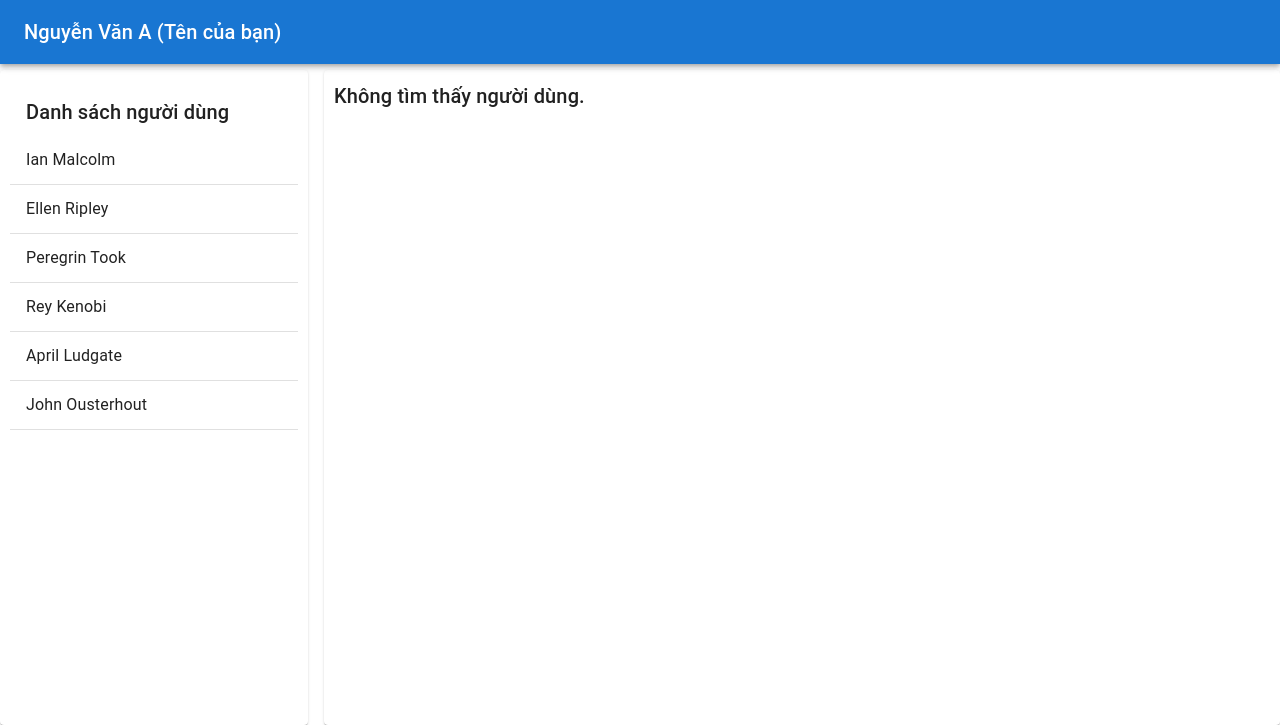
Repository: RubyScarIet/TruocKetThucLab2
Page: /users/57231f1a30e4351f4e9f4bd7
The author's editor kept a copy of each file at every save. The page is drawn from the files as they stood at one save, then again after the next save.
The browser window is 1280 px wide. The pictures show the whole page.
The page's requests for data from a server got no answer. The project was rebuilt for these pictures with package versions that can differ from the ones it lists, and the page was loaded fresh each time. No one was signed in, and anything a server would have sent is missing. Also part of the build but not shown: src/modelData/models.js, src/components/UserPhotos/index.jsx.

Above is the page before, as saved 2026-04-05 09:18:24.

After the next save:
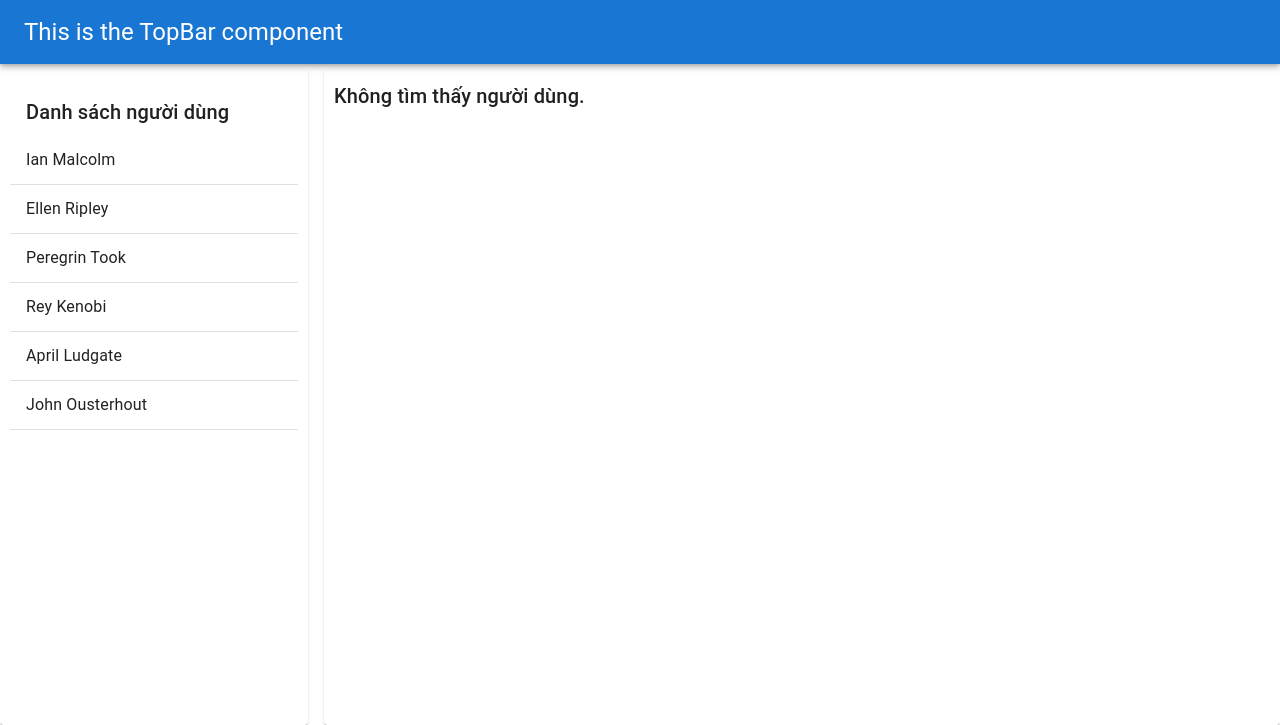
Saved 52 s later.
--- a/src/components/TopBar/index.jsx
+++ b/src/components/TopBar/index.jsx
@@ -1,45 +1,21 @@
-import React, { useState, useEffect } from "react";
+import React from "react";
 import { AppBar, Toolbar, Typography } from "@mui/material";
-import { useLocation } from "react-router-dom";
-import fetchModel from "../../lib/fetchModelData";
 
-function TopBar() {
-  const location = useLocation();
-  const [context, setContext] = useState("");
+import "./styles.css";
 
-  // Trích xuất userId từ URL (ví dụ: /users/123 -> 123)
-  const pathParts = location.pathname.split("/");
-  const userId = pathParts[2];
-  const isPhotos = pathParts[1] === "photos";
-
-  useEffect(() => {
-    if (userId) {
-      fetchModel(`/user/${userId}`)
-        .then((response) => {
-          const name = `${response.data.first_name} ${response.data.last_name}`;
-          setContext(isPhotos ? `Photos of ${name}` : name);
-        })
-        .catch(() => setContext(""));
-    } else {
-      setContext("");
-    }
-  }, [userId, isPhotos]);
-
-  return (
-    <AppBar position="absolute">
-      <Toolbar sx={{ display: 'flex', justifyContent: 'space-between' }}>
-        {/* Bên trái: Tên của bạn */}
-        <Typography variant="h6" color="inherit">
-          Nguyễn Văn A (Tên của bạn)
-        </Typography>
-
-        {/* Bên phải: Ngữ cảnh động */}
-        <Typography variant="h6" color="inherit">
-          {context}
-        </Typography>
-      </Toolbar>
-    </AppBar>
-  );
+/**
+ * Define TopBar, a React component of Project 4.
+ */
+function TopBar () {
+    return (
+      <AppBar className="topbar-appBar" position="absolute">
+        <Toolbar>
+          <Typography variant="h5" color="inherit">
+            This is the TopBar component
+          </Typography>
+        </Toolbar>
+      </AppBar>
+    );
 }
 
 export default TopBar;

After the save that followed:
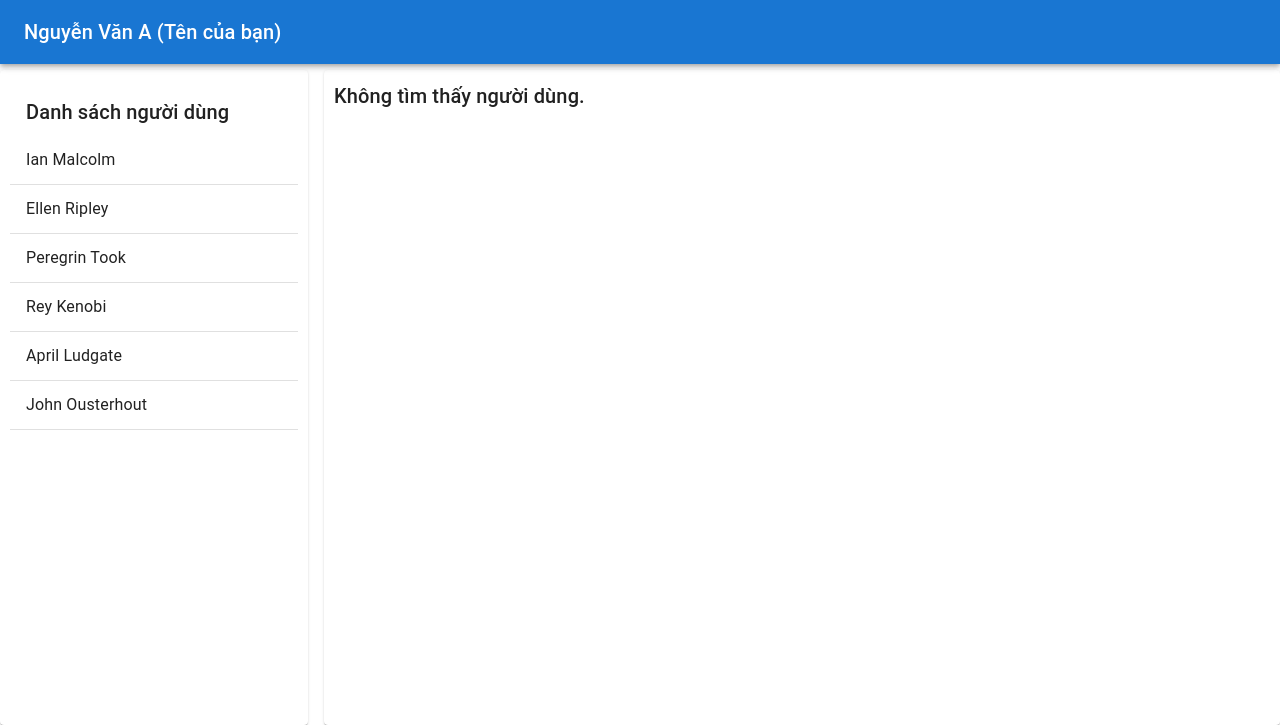
Saved 77 s later.
--- a/src/components/TopBar/index.jsx
+++ b/src/components/TopBar/index.jsx
@@ -1,21 +1,42 @@
-import React from "react";
+import React, { useState, useEffect } from "react";
 import { AppBar, Toolbar, Typography } from "@mui/material";
+import { useLocation } from "react-router-dom";
+import fetchModel from "../../lib/fetchModelData";
 
-import "./styles.css";
+function TopBar() {
+  const location = useLocation();
+  const [context, setContext] = useState("");
 
-/**
- * Define TopBar, a React component of Project 4.
- */
-function TopBar () {
-    return (
-      <AppBar className="topbar-appBar" position="absolute">
-        <Toolbar>
-          <Typography variant="h5" color="inherit">
-            This is the TopBar component
-          </Typography>
-        </Toolbar>
-      </AppBar>
-    );
+  // Phân tích URL để lấy userId và loại trang (users hay photos)
+  const pathParts = location.pathname.split("/");
+  const userId = pathParts[2];
+  const isPhotosPage = pathParts[1] === "photos";
+
+  useEffect(() => {
+    if (userId) {
+      fetchModel(`/user/${userId}`)
+        .then((response) => {
+          const name = `${response.data.first_name} ${response.data.last_name}`;
+          setContext(isPhotosPage ? `Photos of ${name}` : `Details of ${name}`);
+        })
+        .catch(() => setContext(""));
+    } else {
+      setContext("");
+    }
+  }, [userId, isPhotosPage]);
+
+  return (
+    <AppBar position="absolute">
+      <Toolbar sx={{ display: 'flex', justifyContent: 'space-between' }}>
+        <Typography variant="h6" color="inherit">
+          Nguyễn Văn A (Tên của bạn)
+        </Typography>
+        <Typography variant="h6" color="inherit">
+          {context}
+        </Typography>
+      </Toolbar>
+    </AppBar>
+  );
 }
 
 export default TopBar;
